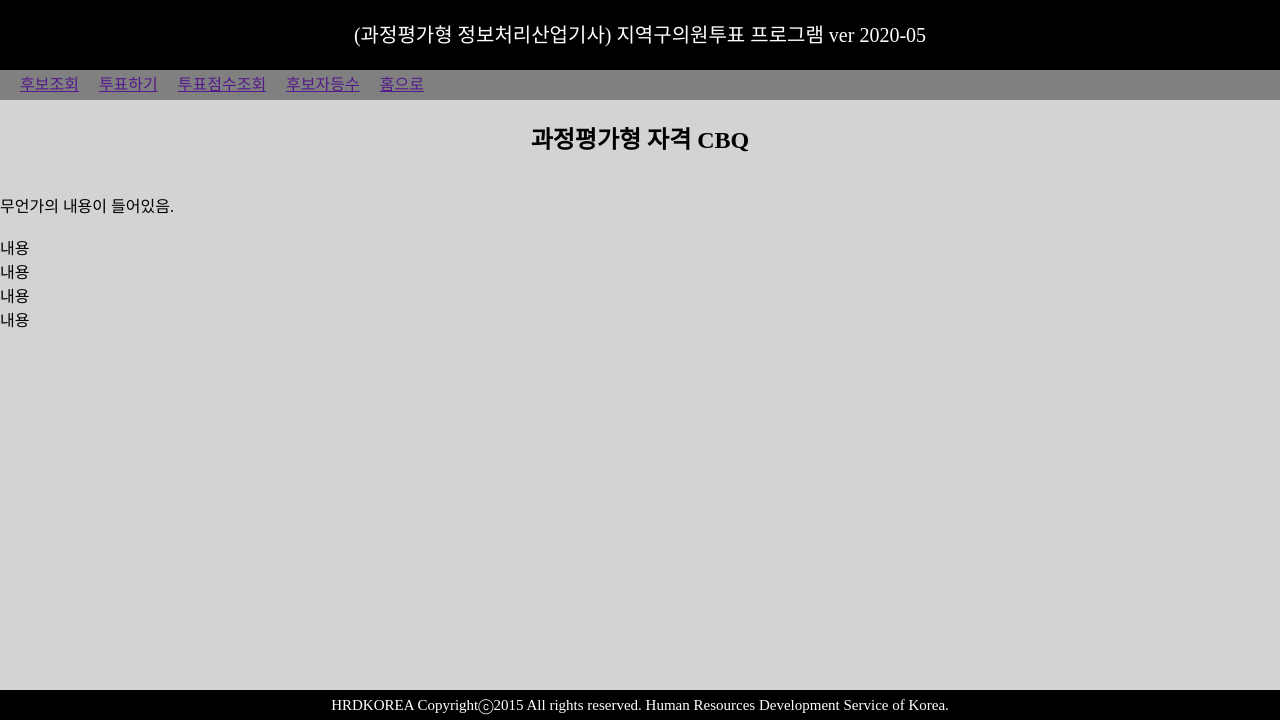
Repository: alsco727/JSP
Page: http://localhost/HRD_2207/
These files come from the project's save history. The page is drawn as it stood at one moment and after the next save; the edit follows.
The browser window is 1280 px wide. The pictures show the whole page.
The page is served by Tomcat 9.

Above is the page before, as saved 2022-08-29 08:49:06.

After the next save:
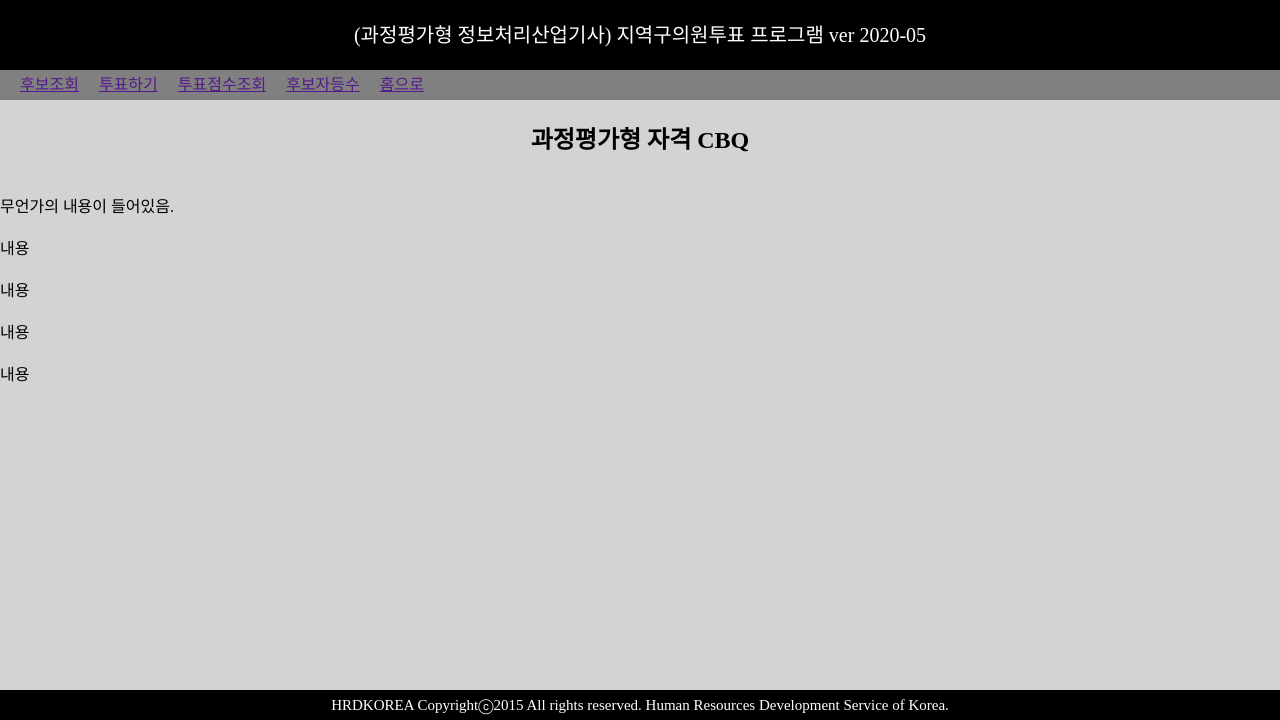
Saved 19 s later.
--- a/information_Processing/JSP과제4/HRD_2207/src/main/webapp/index.jsp
+++ b/information_Processing/JSP과제4/HRD_2207/src/main/webapp/index.jsp
@@ -12,10 +12,10 @@
 <section style="position:fixed; top:100px; left:0px; width:100%; height:100%; background-color:lightgray">
 <h2 style="text-align:center"><b>과정평가형 자격 CBQ</b></h2><br>
 무언가의 내용이 들어있음.<br><br>
-내용<br>
-내용<br>
-내용<br>
-내용<br>
+내용<br><br>
+내용<br><br>
+내용<br><br>
+내용<br><br>
 </section>
 
 <jsp:include page="footer.jsp"></jsp:include>
